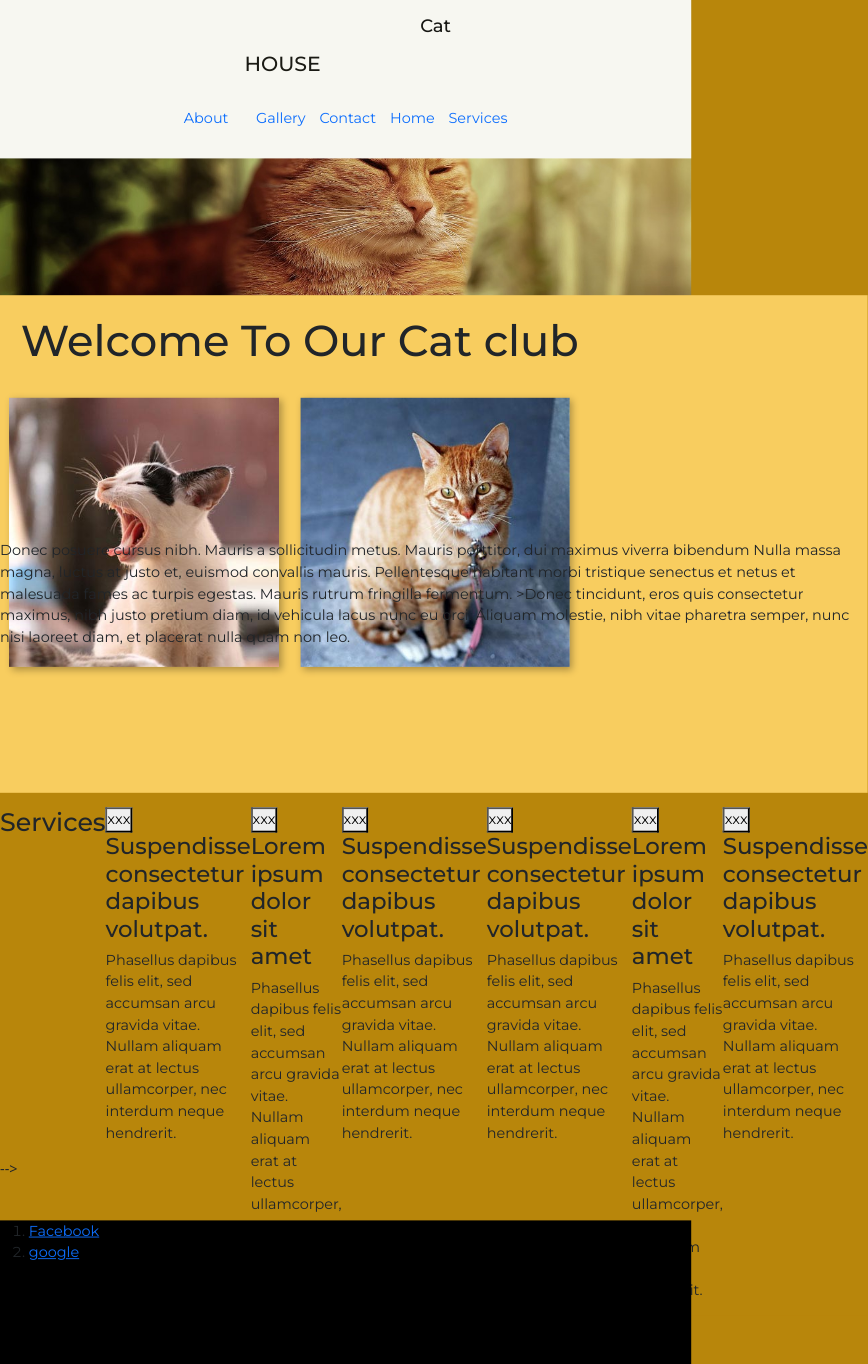
Repository: raul4264/final
Page: index.html
An editor plug-in stored every save of this project. The page is shown before and after the next save, followed by the edit.
The browser window is 768 px wide. The page is 964 px wide, so the pictures cover 964 px, including what lies to the right of the window. The pictures show the whole page, at 90% of full size.

Above is the page before, as saved 2021-03-28 13:38:49.

### index.html
<!DOCTYPE html>
<html lang="en">

<head>
    <meta charset="UTF-8" />
    <meta http-equiv="X-UA-Compatible" content="IE=edge" />
    <meta name="viewport" content="width=device-width, initial-scale=1.0" />
    <title>Cat House/Raul Novas</title>
    <!-- boostrap CSS -->
    <link href="https://cdn.jsdelivr.net/npm/bootstrap@5.0.0-beta3/dist/css/bootstrap.min.css" rel="stylesheet"
        integrity="sha384-eOJMYsd53ii+scO/bJGFsiCZc+5NDVN2yr8+0RDqr0Ql0h+rP48ckxlpbzKgwra6" crossorigin="anonymous">
    <script src="https://cdn.jsdelivr.net/npm/@popperjs/core@2.9.1/dist/umd/popper.min.js"
        integrity="sha384-SR1sx49pcuLnqZUnnPwx6FCym0wLsk5JZuNx2bPPENzswTNFaQU1RDvt3wT4gWFG"
        crossorigin="anonymous"></script>
    <script src="https://cdn.jsdelivr.net/npm/bootstrap@5.0.0-beta3/dist/js/bootstrap.min.js"
        integrity="sha384-j0CNLUeiqtyaRmlzUHCPZ+Gy5fQu0dQ6eZ/xAww941Ai1SxSY+0EQqNXNE6DZiVc"
        crossorigin="anonymous"></script>
    <link href="css/estilos.css" rel="stylesheet" type="text/css" />
</head>

<body>
    <div id="grilla">
        <header>
            <div class="banner">

                <nav id="nav">

                    <div class="item1">
                        <p class="h5">Cat</p>
                    </div>

                    <div class="item2">
                        <p class="h4">HOUSE</p>
                    </div>


                    <ul class="item3">
                        <li class=""><a href="about.html">About</li>
                        <li class=""><a href="Gallery.html">Gallery</a></li>
                        <li class=""><a href="Contact.html">Contact</a></li>
                        <li class=""><a href="index.html">Home</a></li>
                        <li class=""><a href="Services.html ">Services</a></li>
                    </ul>
                </nav>
            </div>

        </header>


        <main>
            <section class="welcome">

                <div class="cards">

                    <h2>Welcome To Our Cat club</h2>
                    <img src="images/2.jpg" class="square square1" alt="Sample photo">
                    <img src="images/3.jpg" class="square square2" alt="Sample photo">
                </div>


                <div class="cards2 ">
                    <span>Donec posuere cursus nibh. Mauris a sollicitudin metus. Mauris porttitor, dui maximus viverra
                        bibendum
                        Nulla massa magna, luctus at justo et, euismod convallis mauris. Pellentesque habitant morbi
                        tristique senectus et netus et malesuada fames ac turpis egestas. Mauris rutrum fringilla
                        fermentum.
                        >Donec tincidunt, eros quis consectetur maximus, nibh justo pretium diam, id vehicula lacus
                        nunc eu orci. Aliquam molestie, nibh vitae pharetra semper, nunc nisi laoreet diam, et placerat
                        nulla quam non leo.</span>
                </div>
            </section>

            <section class="services">
                <h2>Services</h2>
                <div>
                    <button>xxx</button>
                    <h3>Suspendisse consectetur dapibus volutpat.</h3>
                    <p>
                        Phasellus dapibus felis elit, sed accumsan arcu gravida vitae. Nullam aliquam erat at lectus
                        ullamcorper, nec interdum neque hendrerit.</p>
                </div>
                <div>
                    <button>xxx</button>
                    <h3>Lorem ipsum dolor sit amet</h3>
                    <p>Phasellus dapibus felis elit, sed accumsan arcu gravida vitae. Nullam aliquam erat at lectus
                        ullamcorper, nec interdum neque hendrerit.</p>
                </div>
                <div>
                    <button>xxx</button>
                    <h3>Suspendisse consectetur dapibus volutpat.</h3>
                    <p>
                        Phasellus dapibus felis elit, sed accumsan arcu gravida vitae. Nullam aliquam erat at lectus
                        ullamcorper, nec interdum neque hendrerit.</p>
                </div>
                <div>
                    <button>xxx</button>
                    <h3>Suspendisse consectetur dapibus volutpat.</h3>
                    <p>

                        Phasellus dapibus felis elit, sed accumsan arcu gravida vitae. Nullam aliquam erat at lectus
                        ullamcorper, nec interdum neque hendrerit.
                    </p>
                </div>
                <div>
                    <button>xxx</button>
                    <h3>Lorem ipsum dolor sit amet
                    </h3>
                    <p>Phasellus dapibus felis elit, sed accumsan arcu gravida vitae. Nullam aliquam erat at lectus
                        ullamcorper, nec interdum neque hendrerit.</p>
                </div>
                <div>
                    <button>xxx</button>
                    <h3>Suspendisse consectetur dapibus volutpat.</h3>
                    <p>Phasellus dapibus felis elit, sed accumsan arcu gravida vitae. Nullam aliquam erat at lectus
                        ullamcorper, nec interdum neque hendrerit.</p>
                </div>
            </section>
        </main>



        <footer>
            <ol>
                <li>
                    <a href="http://www.facebook.com " target="blanck ">Facebook</a>
                </li>
                <li><a href="http://www.google.com " target="blanck ">google</a></li>
            </ol>
        </footer><br

       <!-- <div class="cubo">
        <div class="cara" id="superior"></div>
        <div class="cara" id="frente"></div>
        <div class="cara" id="derecha"></div>
        <div class="cara" id="izquierda"></div>
        <div class="cara" id="atras"></div>
        <div class="cara" id="inferior"></div>
       </div> -->

</div>
</body>

</html>

### css/estilos.css
@import url('https://fonts.googleapis.com/css2?family=Montserrat:wght@400;500&display=swap');
@import url('https://fonts.googleapis.com/css2?family=Montserrat:wght@400;500&family=Poppins:wght@300&display=swap');
* {
    font-family: 'Montserrat', sans-serif;
    margin: 0;
    padding: 0;
}


/*PRIMER MEDIA
/*--------------MEDIA @ QUERY...................*/

@media only screen and (max-width:600px) {
    body {
        background-color: rgb(248, 222, 156) !important;
        transition: all .8s ease;
    }
    #grilla {
        display: grid;
        grid-template-columns: 100%;
        grid-template-rows: 15% auto 15%;
    }
    header {
        height: 4vh;
        grid-column-start: 1;
        grid-column-end: 2;
        grid-row-start: 1;
        grid-row-end: 2;
    }
    main {
        height: 125vh;
        display: grid;
        grid-column-start: 1;
        grid-column-end: 2;
        grid-row-start: 2;
        grid-row-end: 3;
    }
    footer {
        display: flex;
        height: 20vh;
        background-color: black;
        grid-column-start: 1;
        grid-column-end: 2;
        grid-row-start: 4;
        grid-row-end: 5;

    }
    #nav {
        display: flex;
        flex-direction: column;
        background-color: rgb(247, 247, 241);
        justify-content: space-evenly;
        height: 22vh;
        justify-items: center;
        align-items: center;
        padding-top:  2vh;
        padding-bottom: 2vh;
    }
    .banner {
        background: url(../images/1.jpg) no-repeat 0px 0px;
        background-size: cover;
        padding: 0em 0 4em;
        height: 73vh;
    }
  .item1
    {color: rgb(22, 22, 18);
    font-size: 3.5em;
    font-weight: bol;
    padding: 0 10px;
    margin-left: 200px;
  }
  .item2 {
    color: rgb(26, 26, 20);
    font-family: monserrat;
    font-size: 2.5em;
    font-weight: bolder;
    padding: 10px 400px;
    margin-left: -140px;
    }
    .item3 {
    display: flex;
    list-style: none;
    padding: 2vh;
     }
    /*.item3 li a {
       text-decoration: none;
        padding: 1vw;
       }*/
    a {
        background: #DDD;
        color: rgb(134, 111, 6);
        padding: 2px;
        border: 1px solid #AAA;
    }
    a:hover {
        background: #FFF;
        color: #666;
        padding: 8px 14px;
        border: 1px solid #888;
        transition-property: all;
        transition-duration: 0.2s;
        transition-timing-function: ease-in;
    }
    .li {
        padding: 10px;
    }
    .welcome {
        background-color: rgb(248, 205, 95);
      max-width: 100%;
        display: grid;
        grid-template-columns: 100vw;
        grid-template-rows: 50% 50%;
        flex-direction: column;
        align-items: center;
        margin-top: 13vh;

        padding-bottom: 10px;
    }
    .welcome h2 {
        font-size: 2em;
        margin: 3vw;

    }
    .cards {
        padding-left: 1vw;
        grid-column-start: 1;
        grid-column-end: 2;
        grid-row-start: 1;
        grid-row-end: 2;
    }
    .cards2 {


        padding: 2vh;
        grid-column-start: 1;
        grid-column-end: 2;
        grid-row-start: 2;
        grid-row-end: 3;
    }
    .cards img {
        margin: 10px;
        /* border: 3px solid #000; */
        box-shadow: 3px 3px 8px 0px rgba(0, 0, 0, 0.3);
        max-width: 39vw;
    }
    .services {

        background-color: darkgoldenrod;




        margin-bottom: 10px;
    }
    /*............................*/
    .sidebar {
        background-color: #e87a24;
        padding: 10px;
    }
    .sidebar a {
        background-color: rgb(229, 255, 0);
        color: #e87a24;
    }
    .menuButton {
        position: relative;
        transition-property: background-color, color;
        transition-duration: 1s;
        transition-timing-function: ease-out;
        -webkit-transition-property: background-color, color;
        -webkit-transition-duration: 1s;
        -o-transition-property: background-color, color;
        -o-transition-duration: 1s;
        >text-align: left;
        background-color: #3D9EEF;
        left: 5px;
        top: 5px;
        height: 26px;
        color: white;
        border-color: #9b4e00;
        font-family: sans-serif;
        font-size: 20px;
        text-decoration: none;
        -moz-box-shadow: 2px 2px 1px black;
        padding: 2px 4px;
        border: solid 2px #804000;
    }
    .menuButton:hover {
        position: relative;
        transition-propery: background-color, color;
        transition-duration: 1s;
        transition-timing-function: ease-out;
        -webkit-transition-property: background-color, color;
        -webkit-transition-duration: 1s;
        -o-transition-property: background-color, color;
        -o-transition-duration: 1s;
        background-color: white;
        color: black;
        -moz-box-shadow: 2px 2px 1px black;
    }
    /*....................................*/
    /*.............................................*/
    .cubo,
    .cubo .cara {
        width: 100px;
        height: 100px;
    }
    .cubo .cara {
        position: absolute;
    }
    .cubo {
        margin: 100px auto;
    }
    .cubo .cara#superior {
        background-color: orange;
    }
    .cubo .cara#frente {
        background-color: rgb(255, 174, 0);
    }
    .cubo .cara#atras {
        background-color: rgb(105, 128, 0);
    }
    .cubo .cara#derecha {
        background-color: rgb(123, 255, 0);
    }
    .cubo .cara#izquierda {
        background-color: yellow;
    }
    .cubo .cara#inferior {
        background-color: rgb(255, 196, 0);
    }
    .cubo {
        transform-style: preserve-3d;
    }
    .cubo {
        transform-style: preserve-3d;
        transform: perspective(700px) rotateX(-30deg) rotateY(-30deg);
    }
    .cubo .cara#derecha {
        transform: rotateY(90deg);
    }
    .cubo .cara#derecha {
        transform: rotateY(90deg) translateZ(100px);
        ;
    }
    .cubo .cara#superior {
        background-color: orange;
        transform: rotateX(90deg) translateZ(100px);
    }
    .cubo .cara#frente {
        background-color: rgb(255, 208, 0);
        transform: translateZ(100px);
    }
    .cubo .cara#atras {
        background-color: rgb(128, 105, 0);
        transform: translateZ(-100px);
    }
    .cubo .cara#derecha {
        background-color: rgb(102, 88, 6);
        transform: rotateY(90deg) translateZ(100px);
    }
    .cubo .cara#izquierda {
        background-color: rgb(255, 208, 0);
        transform: rotateY(-90deg) translateZ(100px);
    }
    .cubo .cara#inferior {
        background-color: rgb(255, 166, 0);
        transform: rotateX(-90deg) translateZ(100px);
    }
    .cubo {
        animation: rotate 2s infinite linear;
    }
    @keyframes rotate {
        0% {
            transform: rotateX( 0deg) rotateY( 0deg);
        }
        100% {
            transform: rotateX( 360deg) rotateY( 360deg);
        }
    }
}


/*..............................................*/


/*--------------MEDIA @ QUERY...................*/

@media screen and (min-width:601px) and (max-width:1000px) {
    body {

        transition: all .8s ease;
    }
    body {
        background-color: darkgoldenrod;
    }
    #grilla {
        display: grid;
        grid-template-columns: 100%;
        grid-template-rows: 5% 80% 15%;
    }
    header {
       height: 4vh;
        grid-column-start: 1;
        grid-column-end: 2;
        grid-row-start: 1;
        grid-row-end: 2;

    }
    main {
        height: 125vh;
        display: grid;
        grid-column-start: 1;
        grid-column-end: 2;
        grid-row-start: 2;
        grid-row-end: 3;
    }
    footer {
        display: flex;
        height: 20vh;
        background-color: black;
        grid-column-start: 1;
        grid-column-end: 2;
        grid-row-start: 4;
        grid-row-end: 5;
        margin-top: 70px;
    }
    #nav {
        display: flex;
        flex-direction: column;
        background-color: rgb(247, 247, 241);
        justify-content: space-evenly;
        height: 22vh;
        justify-items: center;
        align-items: center;
        padding-top:  2vh;
        padding-bottom: 2vh;

    }
    .banner {
        background: url(../images/1.jpg) no-repeat 0px 0px;
        background-size: cover;
        padding: 0em 0 4em;
        height: 73vh;
    }
    .item1 {
        color: rgb(22, 22, 18);
        font-size: 3.5em;
        font-weight: bol;
        padding: 0 10px;
        margin-left: 200px;
    }
    .item2 {
        color: rgb(26, 26, 20);
        font-family: monserrat;
        font-size: 2.5em;
        font-weight: bolder;
        padding: 10px 400px;
        margin-left: -140px;
    }
    .item3 {
        display: flex;
        list-style: none;
        padding: 2vh;
    }
    .item3 li a {
        text-decoration: none;
        padding: 1vw;
    }
    .li {
        padding: 10px;
    }
    .welcome {
        background-color: rgb(248, 205, 95);

        display: grid;
        grid-template-columns:100%;
        grid-template-rows: 50% 50%;
        flex-direction: column;
        margin-top: 33vh;

        padding-bottom: 10px;
    }
    .welcome h2 {
        font-size: 3em;
        margin: 3vw;
        /* background-color: rgb(197, 197, 214); */
    }
    .cards {

        grid-column-start: 1;
        grid-column-end: 2;
        grid-row-start: 1;
        grid-row-end: 2;
    }
    .cards2 {


        grid-column-start: 1;
        grid-column-end: 2;
        grid-row-start: 2;
        grid-row-end: 3;
    }
    .cards img {
        margin: 10px;
        /* border: 3px solid #000; */
        box-shadow: 3px 3px 8px 0px rgba(0, 0, 0, 0.3);
        max-width: 39vw;
    }
    .services {

        background-color: darkgoldenrod;
        display: flex;
        grid-template-columns: ;
        grid-template-rows: ;
        margin-bottom: 10px;
        padding-top: 2vh;
    }
}


/*..............................................*/


/*--------------MEDIA @ QUERY...................*/

@media screen and (min-width:1001px) {
    body {
        /* background-color: rgb(68, 50, 2) !important; */
        transition: all .8s ease;
    }
    #grilla {
        display: grid;
        grid-template-columns: 100%;
        grid-template-rows: 33% 33% 33%;
    }
    header {
        height: 10vh;
        grid-column-start: 1;
        grid-column-end: 2;
        grid-row-start: 1;
        grid-row-end: 2;
    }
    main {
        height: auto;
        display: grid;
        grid-column-start: 1;
        grid-column-end: 2;
        grid-row-start: 2;
        grid-row-end: 3;
    }
    footer {
        display: flex;
        height: 21vh;
        background-color: black;
        grid-column-start: 1;
        grid-column-end: 2;
        grid-row-start: 4;
        grid-row-end: 5;
    }
    #nav {
        display: flex;
        background-color: rgb(247, 247, 241);
        justify-content: space-around;
        height: 15vh;
    }
    .banner {
        background: url(../images/1.jpg) no-repeat 0px 0px;
        background-size: cover;
        padding: 0em 0 4em;
        height: 73vh;
    }
    .item1 {
        color: rgb(22, 22, 18);
        font-size: 3.5em;
        font-weight: bol;
        padding: 10px;
        margin-left: 20px;
    }
    .item2 {
        color: rgb(26, 26, 20);
        font-family: monserrat;
        font-size: 4.5em;
        font-weight: bolder;
        padding: 10px;
        margin-left: -10px;
    }
    .item3 {
        display: flex;
        list-style: none;
        padding: 2vh;
    }
    .item3 li a {
        text-decoration: none;
        padding: 1vw;
    }
    .li {
        padding: 10px;
    }
    .welcome {
        background-color: darkgoldenrod;
        height: 85vh;
        display: grid;
        grid-template-columns: 60% 40%;
        grid-template-rows: 100%;
        flex-direction: column;
    }
    .welcome h2 {
        font-size: 3.7em;
        margin: 3vw;
        /* background-color: rgb(197, 197, 214); */
    }
    .cards {
        margin-left: 2vw;
        grid-column-start: 1;
        grid-column-end: 2;
        grid-row-start: 1;
        grid-row-end: 2;
    }
    .cards2 {
        margin-top: 21vh;
        padding-left: -29vw;
        grid-column-start: 2;
        grid-column-end: 3;
        grid-row-start: 1;
        grid-row-end: 2;
        max-width: 80%;
    }
    .cards img {
        margin: 10px;
        /* border: 3px solid #000; */
        box-shadow: 3px 3px 8px 0px rgba(0, 0, 0, 0.3);
        max-width: 23vw;
    }
    .services {

        height: 81vh;
        background-color: rgb(82, 60, 4);
        display:flex;
        grid-template-columns: ;
        grid-template-rows: ;
    }
}

After the next save:
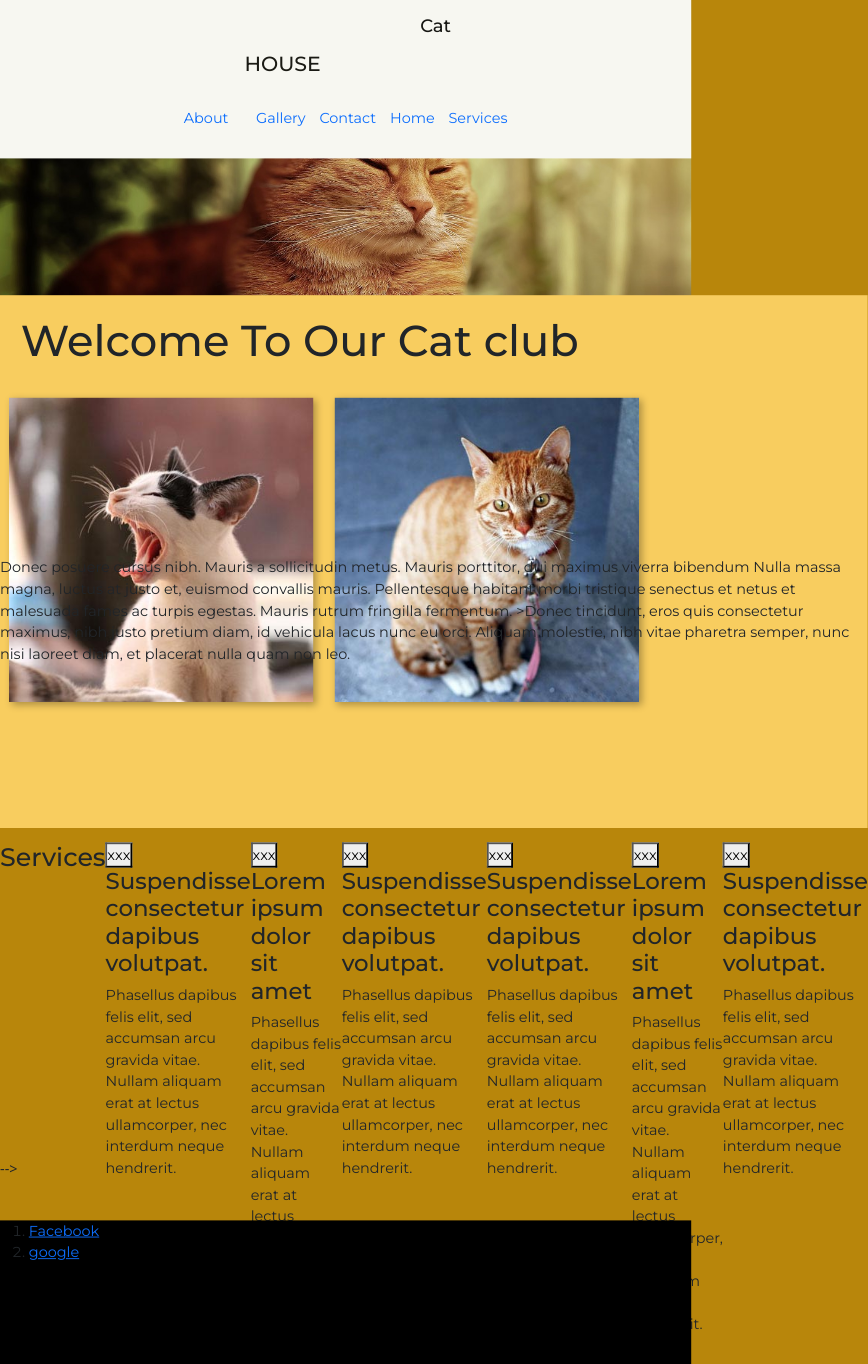
Saved 9 s later.
--- a/css/estilos.css
+++ b/css/estilos.css
@@ -404,7 +404,7 @@
         margin: 10px;
         /* border: 3px solid #000; */
         box-shadow: 3px 3px 8px 0px rgba(0, 0, 0, 0.3);
-        max-width: 39vw;
+        max-width: 44vw;
     }
     .services {
 
